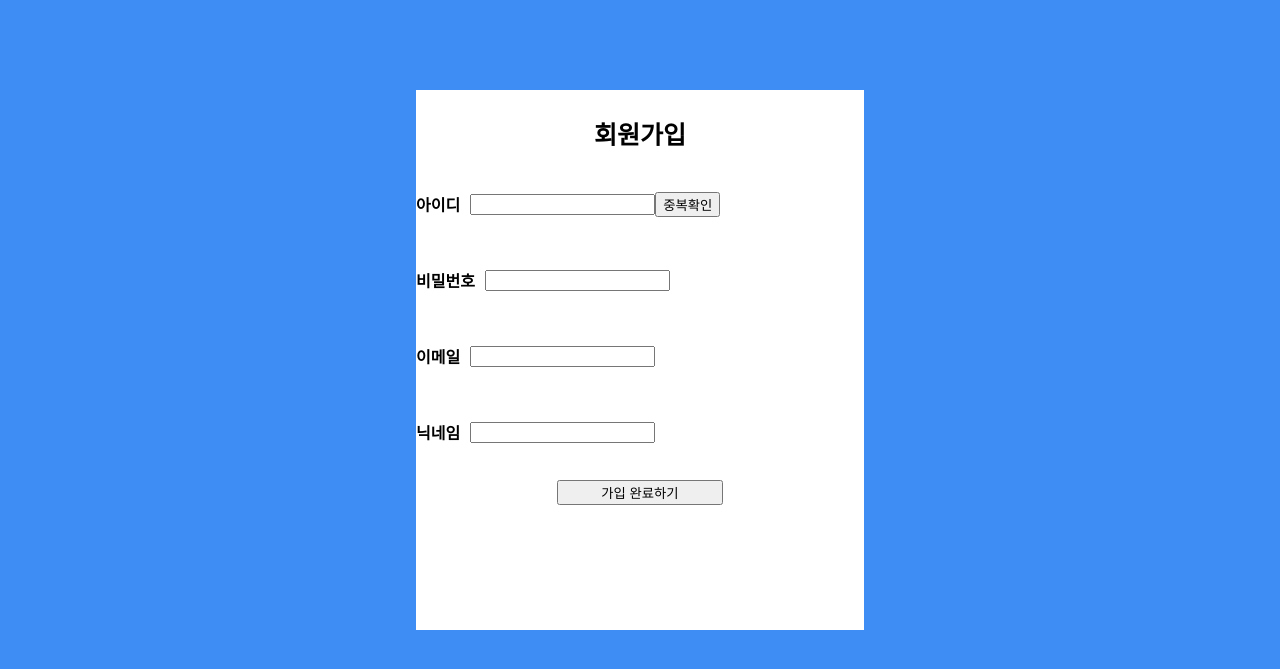
Repository: TeamCosine/Front
Page: /invite
An editor plug-in stored every save of this project. The page is shown before and after a run of saves, followed by the edit.
The browser window is 1280 px wide. The pictures show the whole page.
The project was rebuilt for these pictures with package versions that can differ from the ones it lists, and the page was loaded fresh each time. Also part of the build but not shown: src/components/home/Card.js, src/pages/Home.js, src/pages/Profile.js, src/pages/Login.js, src/components/MyInfo/Card.js, src/pages/MyInfo.js, src/pages/Write.js, src/components/common/Title.js and 1 more.

Above is the page before, as saved 2023-07-15 22:16:48.

After the next 3 saves:
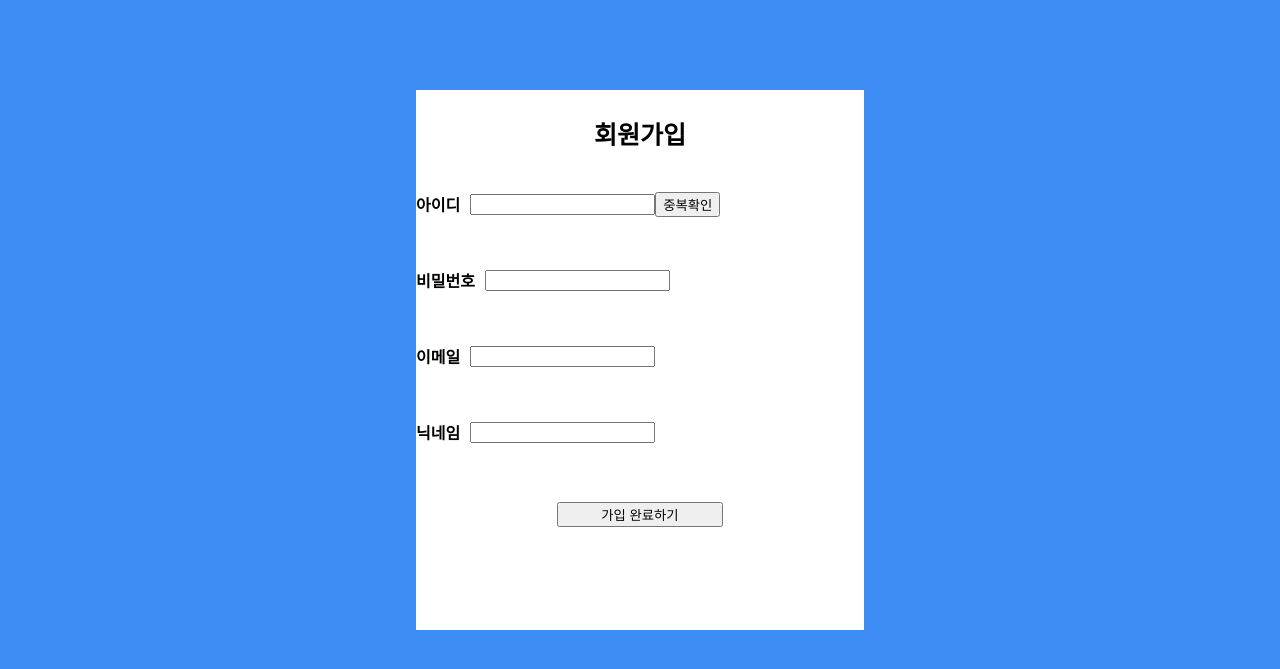
The 3 saves are shown as one change because they came seconds apart.
The last was saved 22 s later.
--- a/src/pages/Invite.js
+++ b/src/pages/Invite.js
@@ -32,6 +32,7 @@ const Input = styled.input``;
 
 const Invitebtn = styled.button`
     width : 13vw;
+    margin-top: 3vh;
 `;
 
 const Invite = () => {
